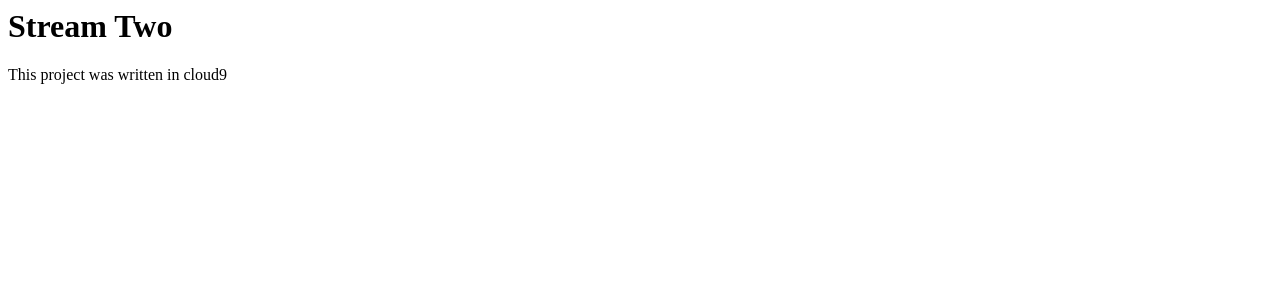
Repository: TheGreasyMuffin/My-First-Website
Page: Stream2.html
The author's editor kept a record of every edit. The page is drawn from the files as they stood at one moment, then again after the next edit.
The browser window is 1280 px wide. The pictures show the whole page.

Above is the page before.

After the next edit:
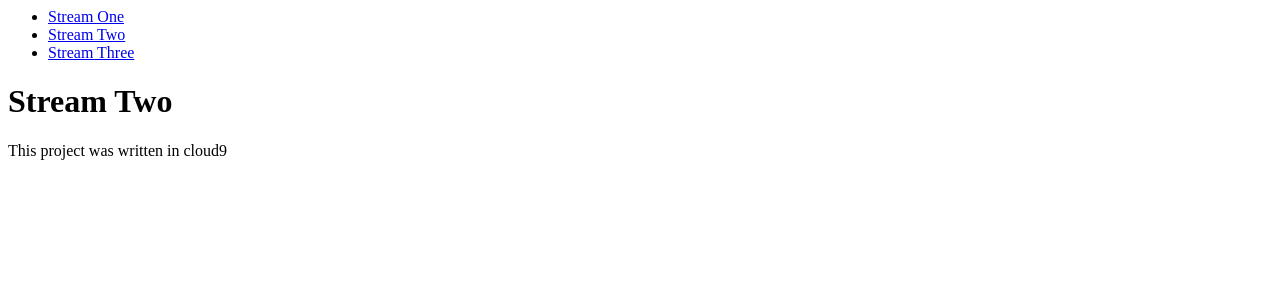
The edit:
--- a/Stream2.html
+++ b/Stream2.html
@@ -3,6 +3,15 @@
         <title>Stream Two</title>
     </head>
     <body>
+
+         <nav>
+            <ul>
+                <li><a href="Stream1.html">Stream One</a></li>
+                <li><a href="Stream2.html">Stream Two</a></li>
+                <li><a href="Stream3.html">Stream Three</a></li>
+            </ul>
+
+        </nav>
 
         <h1>Stream Two</h1>
 
